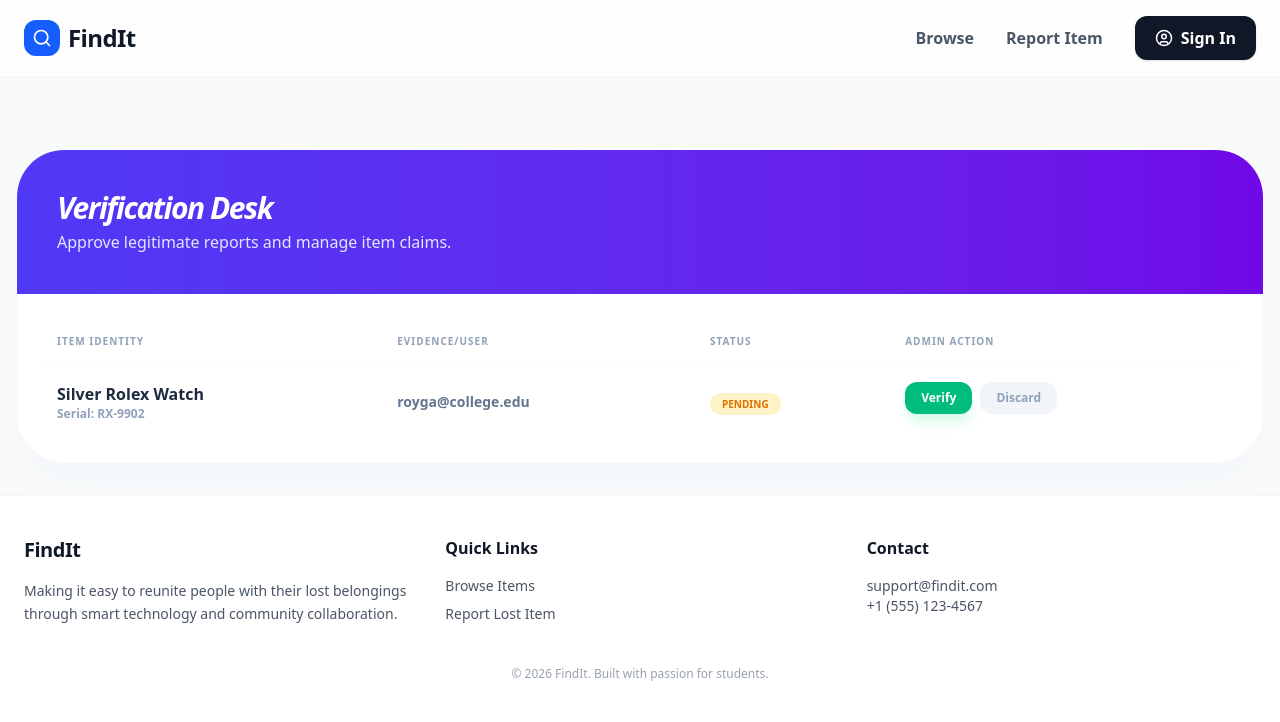
Repository: roygaurav007/lost-and-found
Page: /admin (app in Frontend/client/)
An editor plug-in stored every save of this project. The page is shown before and after a run of saves, followed by the edit.
The browser window is 1280 px wide. The pictures show the whole page.
The project was rebuilt for these pictures with package versions that can differ from the ones it lists, and the page was loaded fresh each time. Also part of the build but not shown: Frontend/client/vite.config.js, Frontend/client/src/pages/Home.jsx, Frontend/client/src/pages/Login.jsx, Frontend/client/src/utils/formSchemas.js, Frontend/client/src/pages/ReportItem.jsx, Frontend/client/src/pages/BrowseItems.jsx.

Above is the page before, as saved 2026-02-02 16:12:40.

After the next 2 saves:
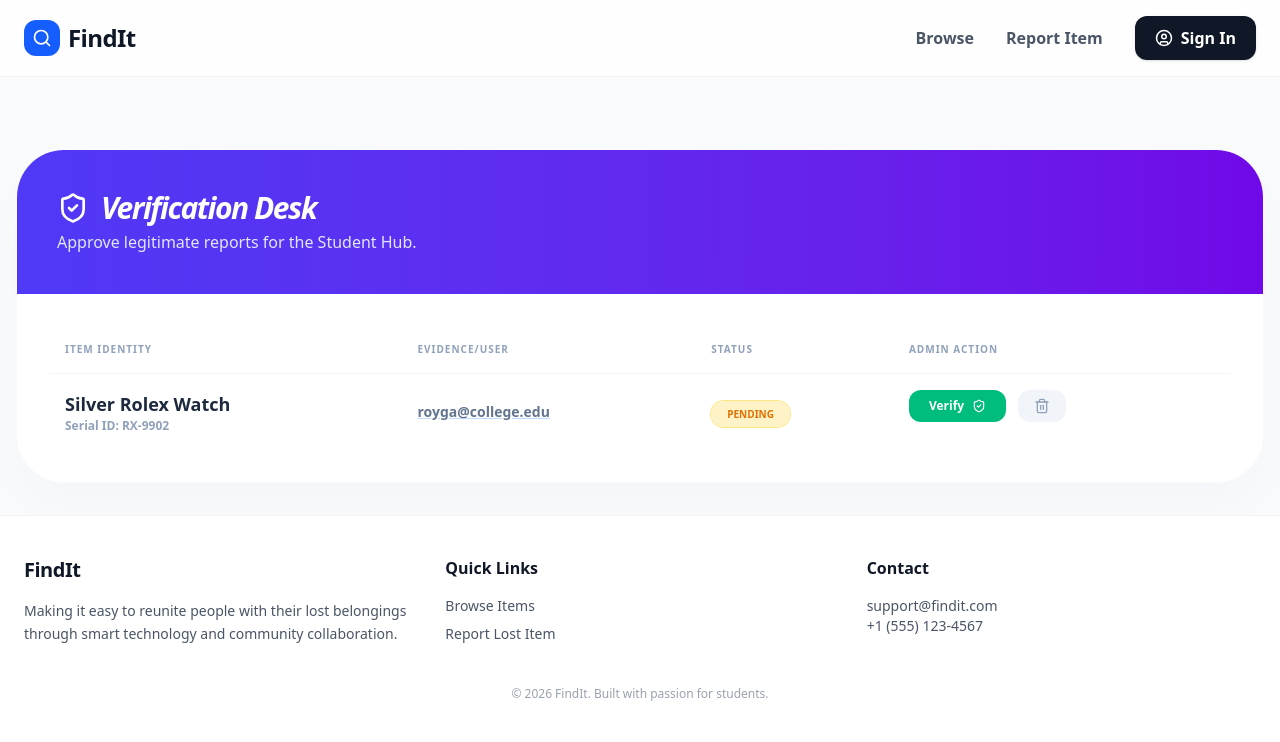
The 2 saves are shown as one change because they came seconds apart.
The last was saved 4 min 0 s later.
--- a/Frontend/client/src/pages/AdminDashboard.jsx
+++ b/Frontend/client/src/pages/AdminDashboard.jsx
@@ -1,15 +1,25 @@
+import { motion } from 'framer-motion';
+import { ShieldCheck, XCircle, Trash2 } from 'lucide-react';
+
 const AdminDashboard = () => {
   return (
-    <div className="bg-white rounded-[3rem] shadow-2xl shadow-slate-100 border border-slate-50 overflow-hidden mt-10">
-      <div className="p-10 bg-gradient-to-r from-indigo-600 to-violet-700 text-white">
-        <h2 className="text-3xl font-black italic tracking-tighter">Verification Desk</h2>
-        <p className="text-indigo-100 font-medium mt-1">Approve legitimate reports and manage item claims.</p>
+    <motion.div
+      initial={{ opacity: 0 }} animate={{ opacity: 1 }}
+      className="bg-white rounded-[3rem] shadow-2xl shadow-slate-100 border border-slate-50 overflow-hidden mt-10"
+    >
+      <div className="p-10 bg-gradient-to-r from-indigo-600 to-violet-700 text-white flex justify-between items-center">
+        <div>
+          <h2 className="text-3xl font-black italic tracking-tighter flex items-center gap-3">
+            <ShieldCheck size={32} /> Verification Desk
+          </h2>
+          <p className="text-indigo-100 font-medium mt-1">Approve legitimate reports for the Student Hub.</p>
+        </div>
       </div>
 
-      <div className="p-6 overflow-x-auto">
+      <div className="p-8 overflow-x-auto">
         <table className="w-full text-left">
           <thead>
-            <tr className="text-slate-400 text-[10px] font-black uppercase tracking-widest border-b border-slate-50">
+            <tr className="text-slate-400 text-[10px] font-black uppercase tracking-widest border-b border-slate-100">
               <th className="p-4">Item Identity</th>
               <th className="p-4">Evidence/User</th>
               <th className="p-4">Status</th>
@@ -19,22 +29,26 @@ const AdminDashboard = () => {
           <tbody className="divide-y divide-slate-50">
             <tr className="group hover:bg-slate-50/50 transition">
               <td className="p-4">
-                <p className="font-black text-slate-800">Silver Rolex Watch</p>
-                <p className="text-xs text-slate-400 font-bold">Serial: RX-9902</p>
+                <p className="font-black text-slate-800 text-lg">Silver Rolex Watch</p>
+                <p className="text-xs text-slate-400 font-bold">Serial ID: RX-9902</p>
               </td>
-              <td className="p-4 text-sm font-bold text-slate-500">royga@college.edu</td>
+              <td className="p-4 text-sm font-bold text-slate-500 underline decoration-blue-200">royga@college.edu</td>
               <td className="p-4">
-                <span className="bg-amber-100 text-amber-600 px-3 py-1 rounded-full text-[10px] font-black uppercase">Pending</span>
+                <span className="bg-amber-100 text-amber-600 px-4 py-1.5 rounded-full text-[10px] font-black uppercase ring-1 ring-amber-200">Pending</span>
               </td>
-              <td className="p-4 flex gap-2">
-                <button className="bg-emerald-500 text-white px-4 py-2 rounded-xl text-xs font-bold hover:bg-emerald-600 transition shadow-lg shadow-emerald-100">Verify</button>
-                <button className="bg-slate-100 text-slate-400 px-4 py-2 rounded-xl text-xs font-bold hover:bg-rose-50 hover:text-rose-500 transition">Discard</button>
+              <td className="p-4 flex gap-3">
+                <button className="bg-emerald-500 text-white px-5 py-2 rounded-xl text-xs font-bold hover:bg-emerald-600 hover:shadow-lg hover:shadow-emerald-100 transition flex items-center gap-2">
+                  Verify <ShieldCheck size={14} />
+                </button>
+                <button className="bg-slate-100 text-slate-400 px-4 py-2 rounded-xl text-xs font-bold hover:bg-rose-50 hover:text-rose-500 transition">
+                  <Trash2 size={16} />
+                </button>
               </td>
             </tr>
           </tbody>
         </table>
       </div>
-    </div>
+    </motion.div>
   );
 };
 
